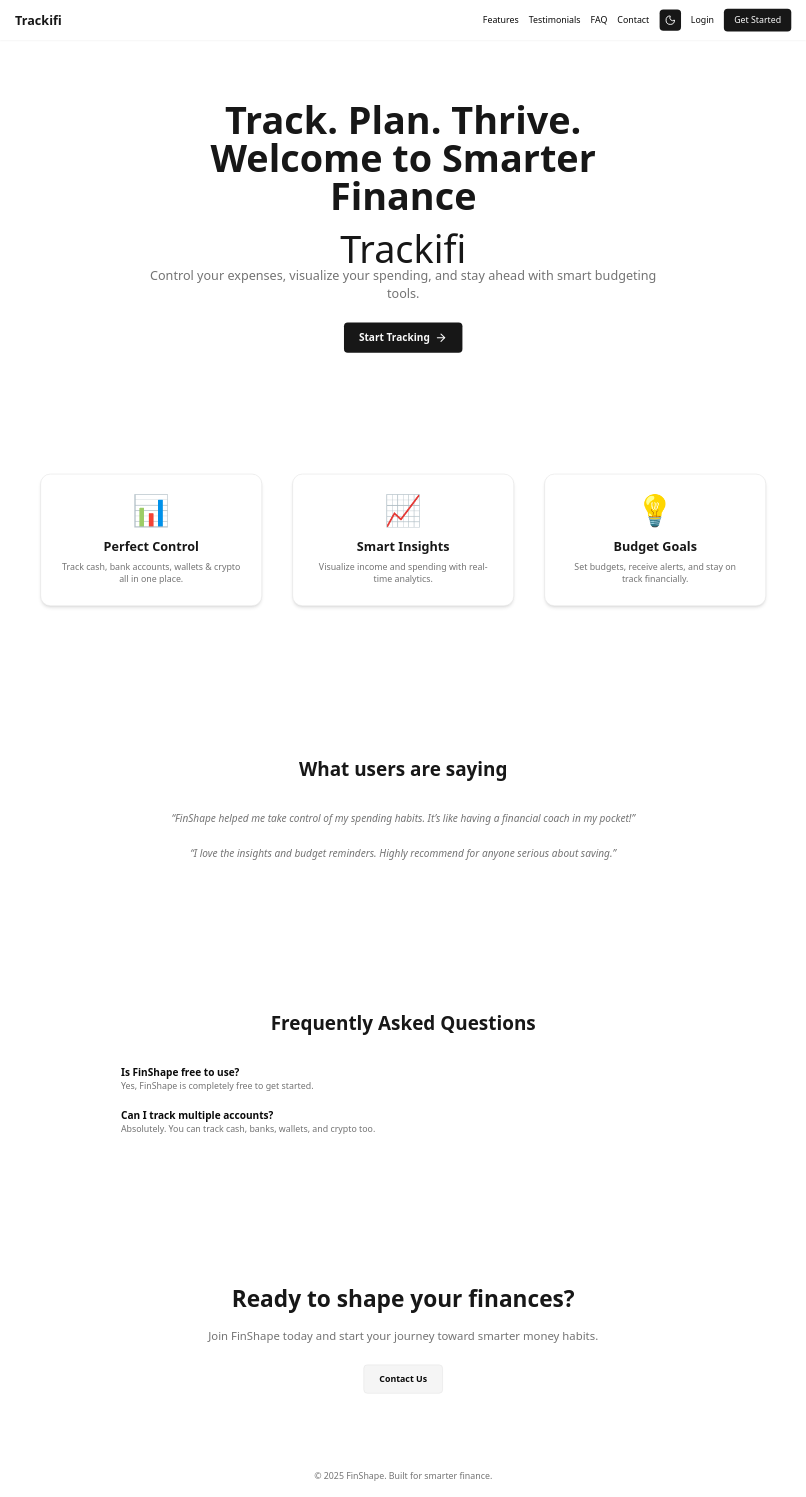
Repository: ruthvik-mt/Trackifi
Page: / (app in frontend/)
These files come from the project's save history. The page is drawn as it stood at one moment and after a run of saves; the edit follows.
The browser window is 1280 px wide. The pictures show the whole page, at 63% of full size.
The project was rebuilt for these pictures with package versions that can differ from the ones it lists, and the page was loaded fresh each time. Also part of the build but not shown: frontend/vite.config.ts, frontend/src/hooks/useAuth.ts, frontend/src/components/FormInput.tsx, frontend/src/pages/Auth/Login.tsx, frontend/src/pages/Auth/Register.tsx, frontend/src/components/Sidebar.tsx, frontend/src/components/ThemeToggleButton.tsx, frontend/src/components/Navbar.tsx and 22 more.

Above is the page before, as saved 2025-07-15 23:09:14.

After the next 3 saves:
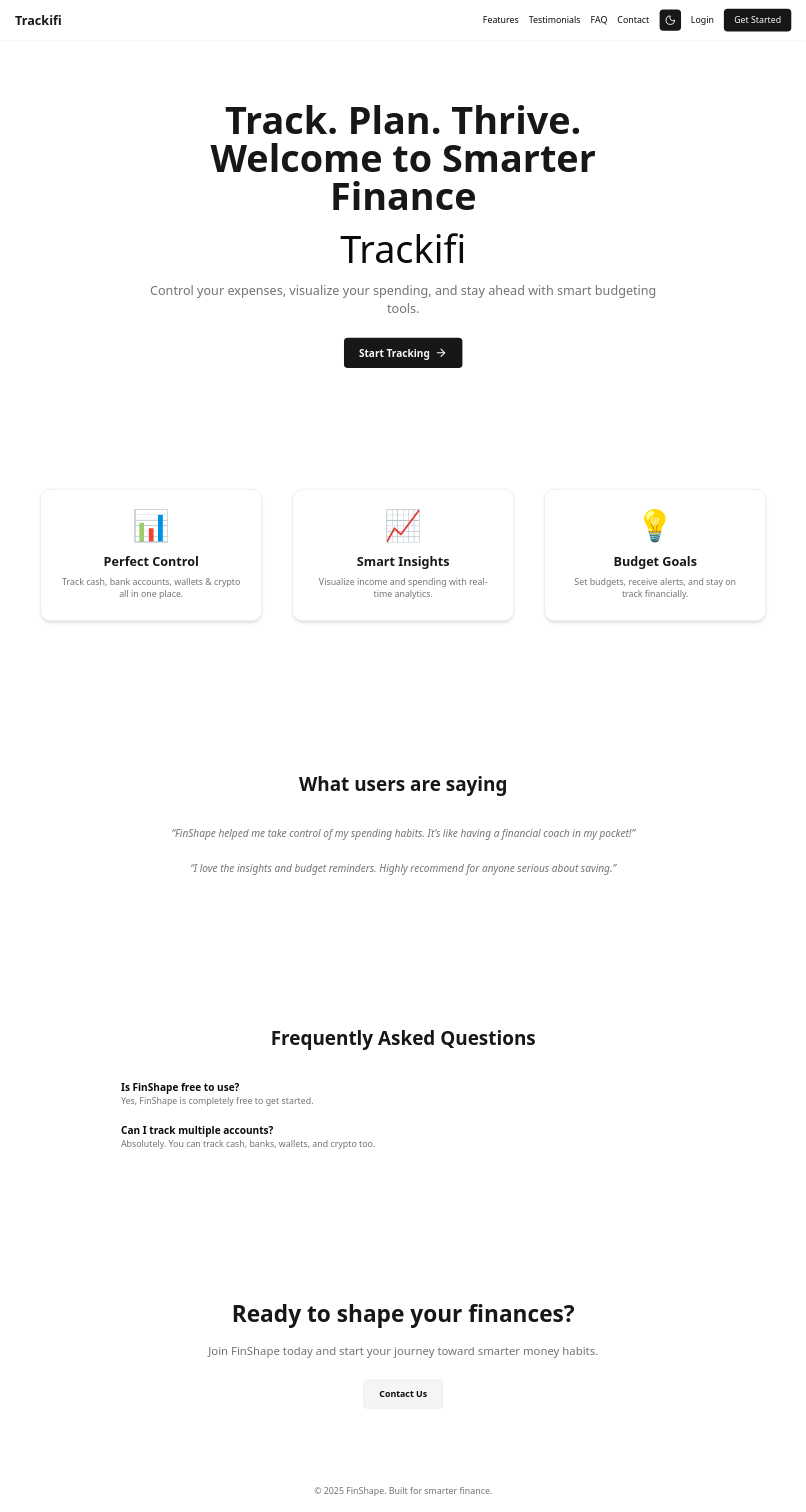
The 3 saves are shown as one change because they came seconds apart.
The last was saved 13 s later.
--- a/frontend/src/pages/LandingPage.tsx
+++ b/frontend/src/pages/LandingPage.tsx
@@ -65,7 +65,7 @@ export default function LandingPage() {
   Track. Plan. Thrive. Welcome to Smarter Finance
 </h1>
 
-<h2 className="text-5xl md:text-6xl font-extraibold text-center leading-tight  text-primary">
+<h2 className="text-5xl md:text-6xl font-extraibold text-center leading-tight mb-6 xt-primary">
   Trackifi
 </h2>
 
